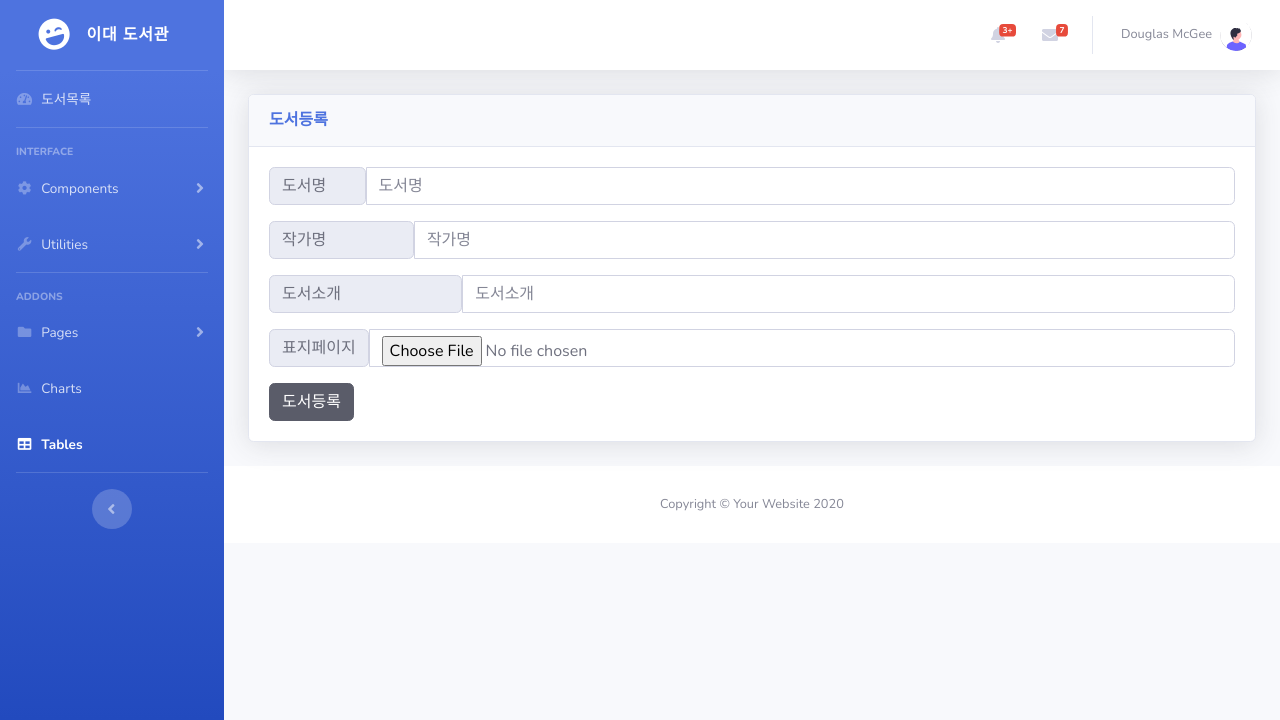
Repository: allely/spring
Page: http://localhost/jsp/book/reg.jsp
An editor plug-in stored every save of this project. The page is shown before and after the next save, followed by the edit.
The browser window is 1280 px wide. The pictures show the whole page.
The page is served by Tomcat 9.

Above is the page before, as saved 2023-11-27 02:18:52.

After the next save:
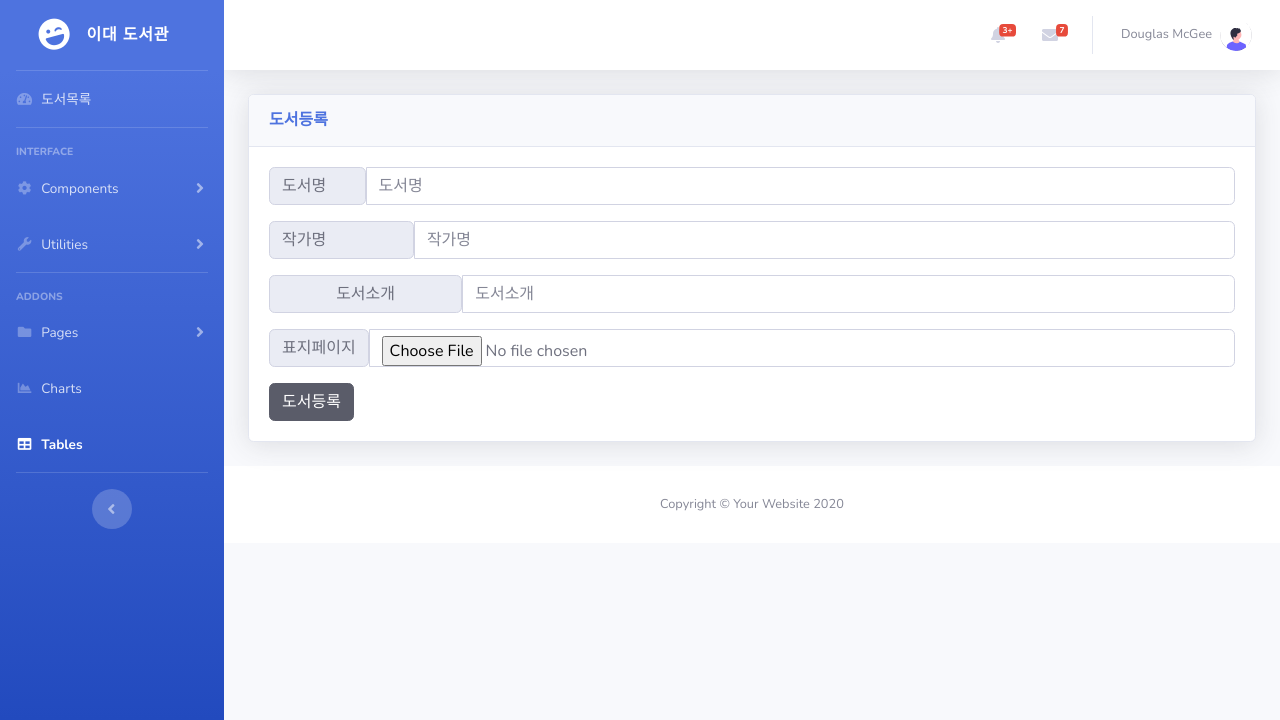
Saved 25 s later.
--- a/2. 서블릿 & JSP/jsp/jsp/src/main/webapp/book/reg.jsp
+++ b/2. 서블릿 & JSP/jsp/jsp/src/main/webapp/book/reg.jsp
@@ -8,7 +8,7 @@
 <style>
 	.w-10{width: 10%}
 	.w-15{width: 15%}
-	.w-20{width: 20%}
+	.w-20{width: 20%; justify-content: center;}
 </style>
 </head>
 <body>
